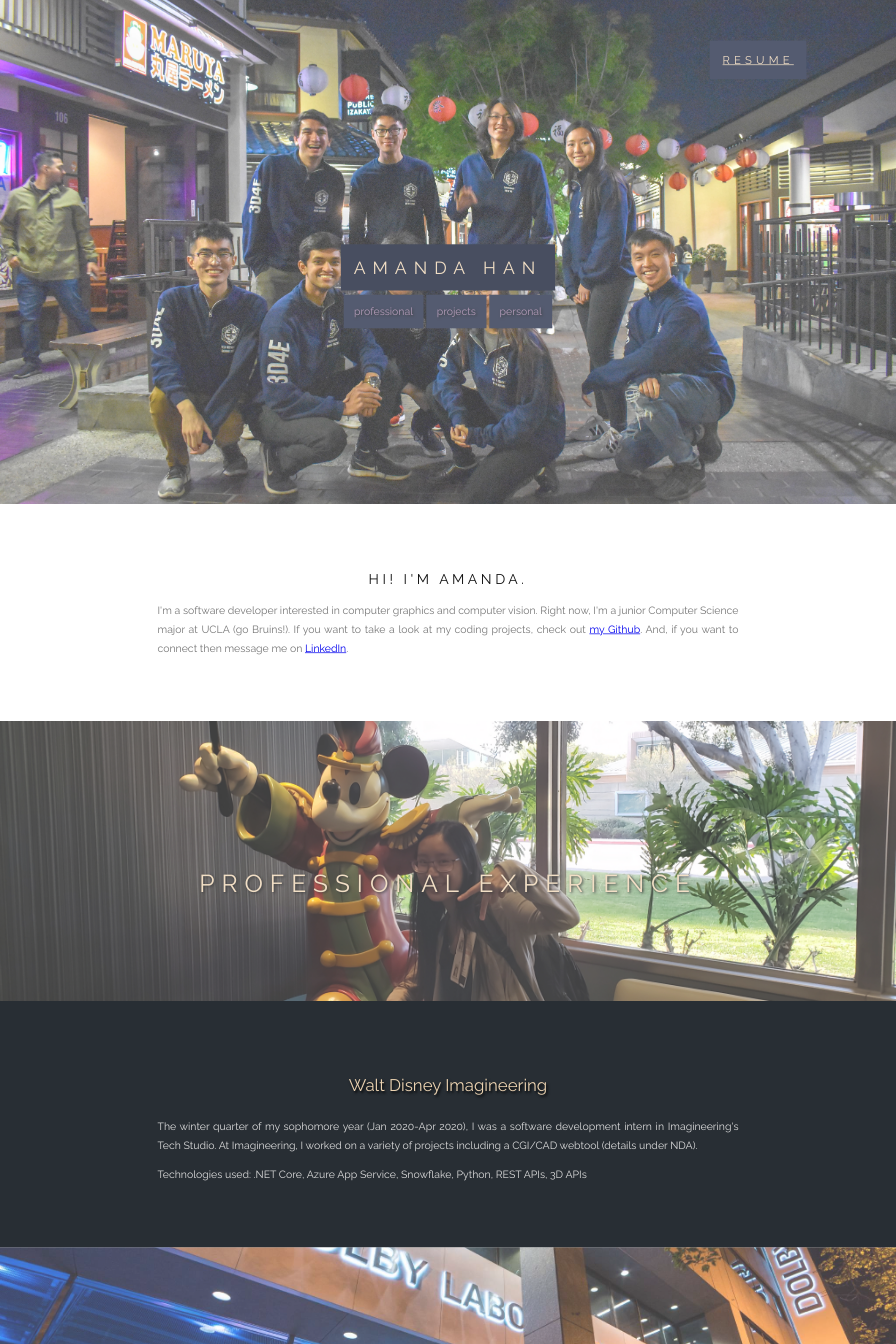
Repository: aliyuanh/me
Page: index.html
The author's editor kept a copy of each file at every save. The page is drawn from the files as they stood at one save, then again after the next save.
The browser window is 1280 px wide. The pictures show the part of the page from y = 0 to 1920 px (the page is 6379 px tall), at 70% of full size.
Backgrounds fixed to the window are drawn as part of the page.

Above is the page before, as saved 2020-09-17 14:08:16.

### index.html
<!DOCTYPE html>
<html>

<head>
    <link href="https://fonts.googleapis.com/css2?family=Raleway:ital,wght@0,100;0,400;1,400;1,500&display=swap" rel="stylesheet">
    <meta name="viewport" content="width=device-width, initial-scale=1">
    <style>
         :root {
            --oxford-blue: #0b132bff;
            --space-cadet: #1c2541ff;
            --cadet-blue: #4da1a9ff;
            --wheat: #edd4b2ff;
            --mountbatten-pink: #9a7aa0ff;
        }

        body,
        html {
            height: 100%;
            margin: 0;
            font: 400 15px/1.8 "Raleway", sans-serif;
            color: #777;
            scroll-behavior: smooth;
        }

        .bgimg-1,
        .bgimg-2,
        .bgimg-3,
        .bgimg-boids,
        .bgimg-raytracer,
        .bgimg-3d4e {
            position: relative;
            opacity: 0.75;
            background-attachment: fixed;
            background-position: center;
            background-repeat: no-repeat;
            background-size: cover;
        }

        .bgimg-1 {
            background-image: url("img/tokyo.jpg");
            min-height: 100%;
        }

        .bgimg-2 {
            background-image: url("img/imagineering.jpg");
            min-height: 400px;
        }

        .bgimg-3 {
            background-image: url("img/dolby.jpg");
            min-height: 400px;
        }

        .bgimg-boids {
            background-image: url("img/boids.png");
            min-height: 400px;
        }

        .bgimg-raytracer {
            background-image: url("img/raytracer.png");
            min-height: 400px;
        }

        .bgimg-3d4e {
            background-image: url("img/table3D4E.JPG");
            min-height: 400px;
        }

        .caption {
            position: absolute;
            left: 0;
            top: 50%;
            width: 100%;
            text-align: center;
            color: #000;
        }

        .caption span.border {
            background-color: var(--oxford-blue);
            color: var(--wheat);
            padding: 18px;
            font-size: 25px;
            letter-spacing: 10px;
        }

        h3 {
            letter-spacing: 5px;
            text-transform: uppercase;
            font: 20px "Raleway", sans-serif;
            color: #111;
        }
        /* Turn off parallax scrolling for tablets and phones */

        .toResume {
            top: 10%;
            width: 100%;
            right: 10%;
            text-align: right;
            color: #000;
            position: absolute;
        }

        .resumeButton {
            background-color: var(--space-cadet);
            color: var(--wheat);
            padding: 18px;
            font-size: 16px;
            letter-spacing: 6px;
        }

        .headers {
            padding: 18px;
            font-size: 25px;
            letter-spacing: 10px;
            background-color: transparent;
            font-size: 35px;
            color: var(--wheat);
            text-shadow: 2px 2px 4px #000;
        }

        .blockForText {
            color: #ddd;
            background-color: #282E34;
            text-align: center;
            padding: 5em 15em;
            text-align: justify;
        }

        .titleForBlock {
            color: var(--wheat);
            background-color: transparent;
            text-align: center;
            top: 1em;
            font-size: x-large;
            text-shadow: 2px 2px 4px #000;
        }

        .toSections {
            color: var(--mountbatten-pink);
            background-color: var(--space-cadet);
            width: fit-content;
            padding: 1em;
            text-decoration: none;
            text-shadow: 2px 2px 4px #000;
        }

        @media only screen and (max-device-width: 1024px) {
            .bgimg-1,
            .bgimg-2,
            .bgimg-3 {
                background-attachment: scroll;
            }
        }
        /* CSS HEX */
    </style>
</head>

<body>

    <div class="bgimg-1">
        <div class="toResume">
            <a class="resumeButton" href="https://drive.google.com/file/d/1WPi9M0jbwAtVQjWsxIvFWxaKqeurGUjf/view?usp=sharing">RESUME</a>
        </div>
        <div class="caption">
            <span class="border">AMANDA HAN</span>
        </div>
        <div class="caption" style="top:60%;">
            <div class="border" style="margin:auto;">
                <a href="#professional" class="toSections">professional</a>
                <a href="#projects" class="toSections">projects</a>
                <a href="#personal" class="toSections">personal</a>
            </div>
        </div>
    </div>

    <div class="blockForText" style="color: #777;background-color:white;">
        <h3 style="text-align:center;">Hi! I'm Amanda.</h3>
        <p> I'm a software developer interested in computer graphics and computer vision. Right now, I'm a junior Computer Science major at UCLA (go Bruins!). If you want to take a look at my coding projects, check out <a href="https://github.com/aliyuanh">my Github</a>.
            And, if you want to connect then message me on <a href="https://www.linkedin.com/in/aliyuanh/">LinkedIn</a>.
        </p>
    </div>

    <div class="bgimg-2" id="professional">
        <div class="caption">
            <span class="headers">PROFESSIONAL EXPERIENCE</span>
        </div>
    </div>

    <div style="position:relative;">
        <div class="blockForText">
            <p class="titleForBlock">Walt Disney Imagineering</p>
            <p>The winter quarter of my sophomore year (Jan 2020-Apr 2020), I was a software development intern in Imagineering's Tech Studio. At Imagineering, I worked on a variety of projects including a CGI/CAD webtool (details under NDA).
            </p>
            <p>
                Technologies used: .NET Core, Azure App Service, Snowflake, Python, REST APIs, 3D APIs
            </p>
        </div>
    </div>

    <div class="bgimg-3">
        <div class="caption">
            <span class="border" style="background-color:transparent;font-size:25px;color: #f7f7f7;"></span>
        </div>
    </div>

    <div style="position:relative;">
        <div class="blockForText">
            <p class="titleForBlock">Dolby Laboratories</p>
            <p>As part of my summer internship at Dolby's Enterprise Applications team, I completed a full-stack website using the .NET Core MVC framework in C# for external partner companies. The motivation for this is to provide an external service to
                the employees of Dolby partner companies.
            </p>
            <p>
                BACKEND: As the developer for this project, I used Okta's REST API for user authentication and management. Using Visual Studio, I built this website and hosted it on a Windows server.
            </p>
            <p>
                FRONTEND: For the frontend, I used the Bootstrap Library as well as Dolby's CSS library to create a interactive user interface. The frontend was programmed in HTML/CSS/Javascript, with C# embedded using Razor pages.
            </p>
        </div>
    </div>

    <div class="bgimg-boids" id="projects">
        <div class="caption">
            <span class="headers">PROJECTS</span>
        </div>
    </div>

    <div style="position:relative;">
        <div class="blockForText">
            <p class="titleForBlock">Examining Realistic Animation for Bird Flight Locomotion and Flocking Behavior </p>
            <p class="titleForBlock" style="font-size:medium; top: 1em;"> An exploration into realistic and intelligent boids</p>
            <p>This was a 5-person project for a graduate-level seminar, CS 275 - Artificial Life with Computer Vision and Computer Graphics led by professor Demetri Terzopoulos. Our motivation for this project was that life simulations focused on one aspect
                of artificial life--either locomotion, flock behavior, or sensory input--but not all at the same time!
            </p>
            <p>Our project examines the flocking of birds given the ability to interact with the world around them. Our flocking behavior is based off of Craig Reynolds's Boids algorithm (intelligent flocking without collisions), with additional perching
                (with tiredness) and obstacle avoidance behaviors. Our birds have hunger and eat based on their hunger. In addition, they have the feeling of fear--when they see an enemy, they flee. This sensation of fear is incorporated based on simulated
                vision using computer vision (Tiny YoloV3). Birds also flee when they sense pheromones of fear from other birds, allowing for birds who have not seen the enemy directly to move with the flock.
            </p>
            <p>For a more detailed look at our work, check out <a href="https://drive.google.com/file/d/1roD6f6O2y-D9oC9Y6kRLfV5ygv2Oxyie/view?usp=sharing">our presentation</a> or <a href="https://drive.google.com/file/d/1EKCrtCoSiOdHSjfQbJRRv11yyhfx--Px/view?usp=sharing">our paper</a>.
                Or, look at our <a href="https://drive.google.com/file/d/12JEu3iI_67wFTZNxgG1uEgkiTlGqgM8I/view?usp=sharing">video demo!</a>
            </p>
        </div>
    </div>

    <div class="bgimg-raytracer">
        <div class="caption">
            <span class="headers"></span>
        </div>
    </div>
    <div style="position:relative;">
        <div class="blockForText">
            <p class="titleForBlock">Raytracer</p>
            <p>This is a basic pathtracer for diffuse, glass, and metal materials with a positionable camera! Currently being developed in C++. Based on the guide from Peter Shirley.</p>
            <p>Planned Progress:</p>
            <ol>
                <li>Multithreading</li>
                <li>Directional lights</li>
                <li>Ellipses</li>
                <li>Image Denoising using ML in Python (inspired by ACM Siggraph's Machine Learning and Neural Networks course)</li>
            </ol>
        </div>
    </div>


    <div class="bgimg-3d4e" id="personal">
        <div class="caption">
            <span class="headers">Personal</span>
        </div>
    </div>
    <div style="position:relative;">
        <div class="blockForText">
            <p class="titleForBlock">3D4E</p>
            <p>In my free time, I'm the Vice President of 3D4E@UCLA (3D Printing for Everyone). Projects I've worked on include:</p>
            <ol>
                <li>Musical Instruments (recorder, tambourine)</li>
                <li>Hexaglow - a 3D printed, motion activated glove</li>
                <li>D-bot - an open source 3D printed 3D printer</li>
            </ol>
            <p>As Vice President, I deal with all the administrative details and recruitment, as well as leading some workshops on 3D modeling and printing.</p>
            <p>I've also co-led the initiative with AIRES (AI Ethics Society @ UCLA) to 3D print face shields (PPE) for local hospitals. </p>
            <p> Software I use for 3D modeling/3D printing includes:</p>
            <ol>
                <li>Fusion 360</li>
                <li>Autodesk Maya</li>
                <li>Zbrush (Core)</li>
                <li>MeshMixer</li>
                <li>Slicers (Cura, Simplify3D, PrusaSlicer)</li>
            </ol>
        </div>
    </div>

    <div class="bgimg-1">
        <div class="caption">
            <span class="border"><a href="mailto: aliyuanh@ucla.edu" style="color:#ddd ">Email me!</a></span>
        </div>
    </div>

</body>

</html>

After the next save:
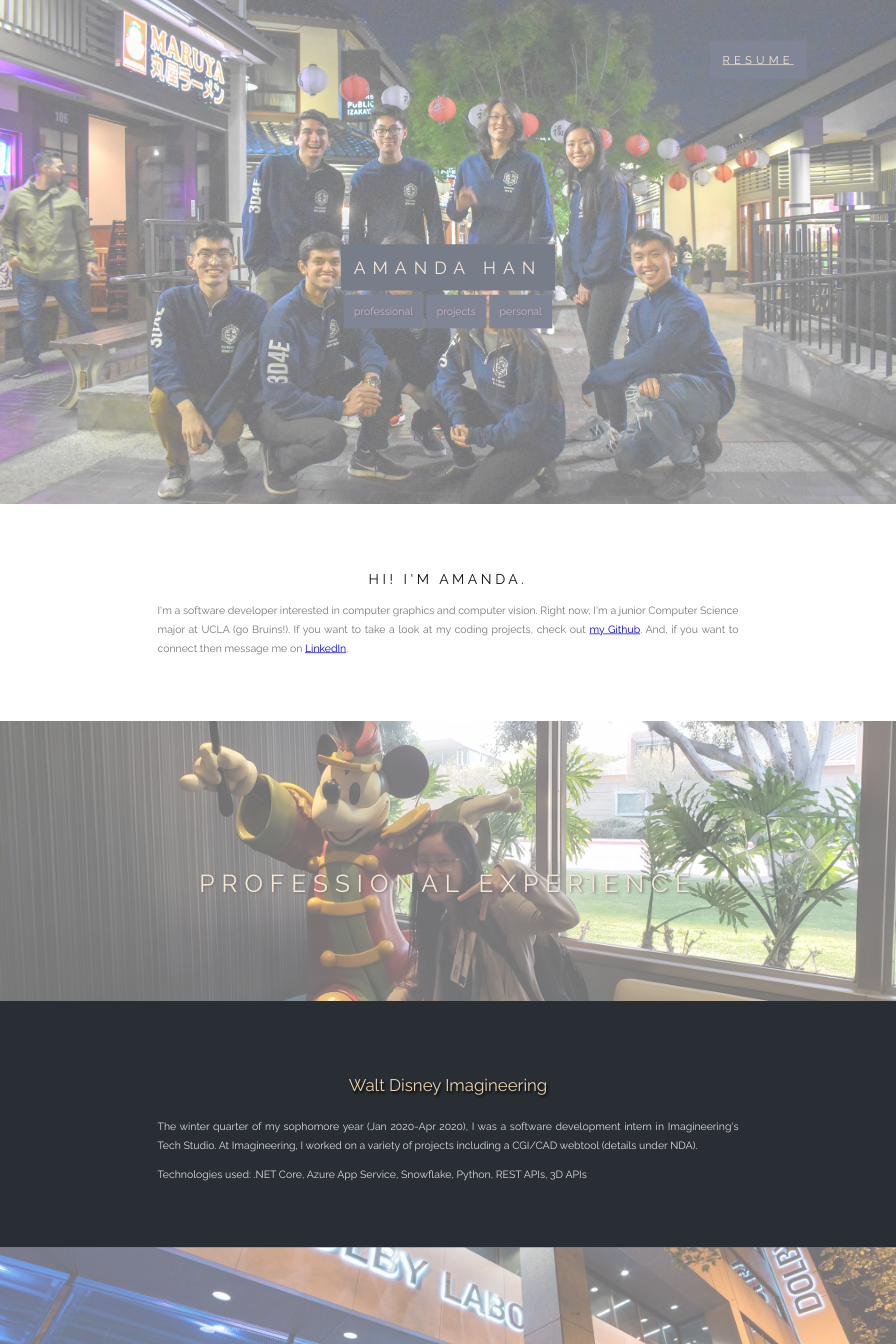
Saved 51 s later.
--- a/index.html
+++ b/index.html
@@ -29,7 +29,7 @@
         .bgimg-raytracer,
         .bgimg-3d4e {
             position: relative;
-            opacity: 0.75;
+            opacity: 0.55;
             background-attachment: fixed;
             background-position: center;
             background-repeat: no-repeat;
